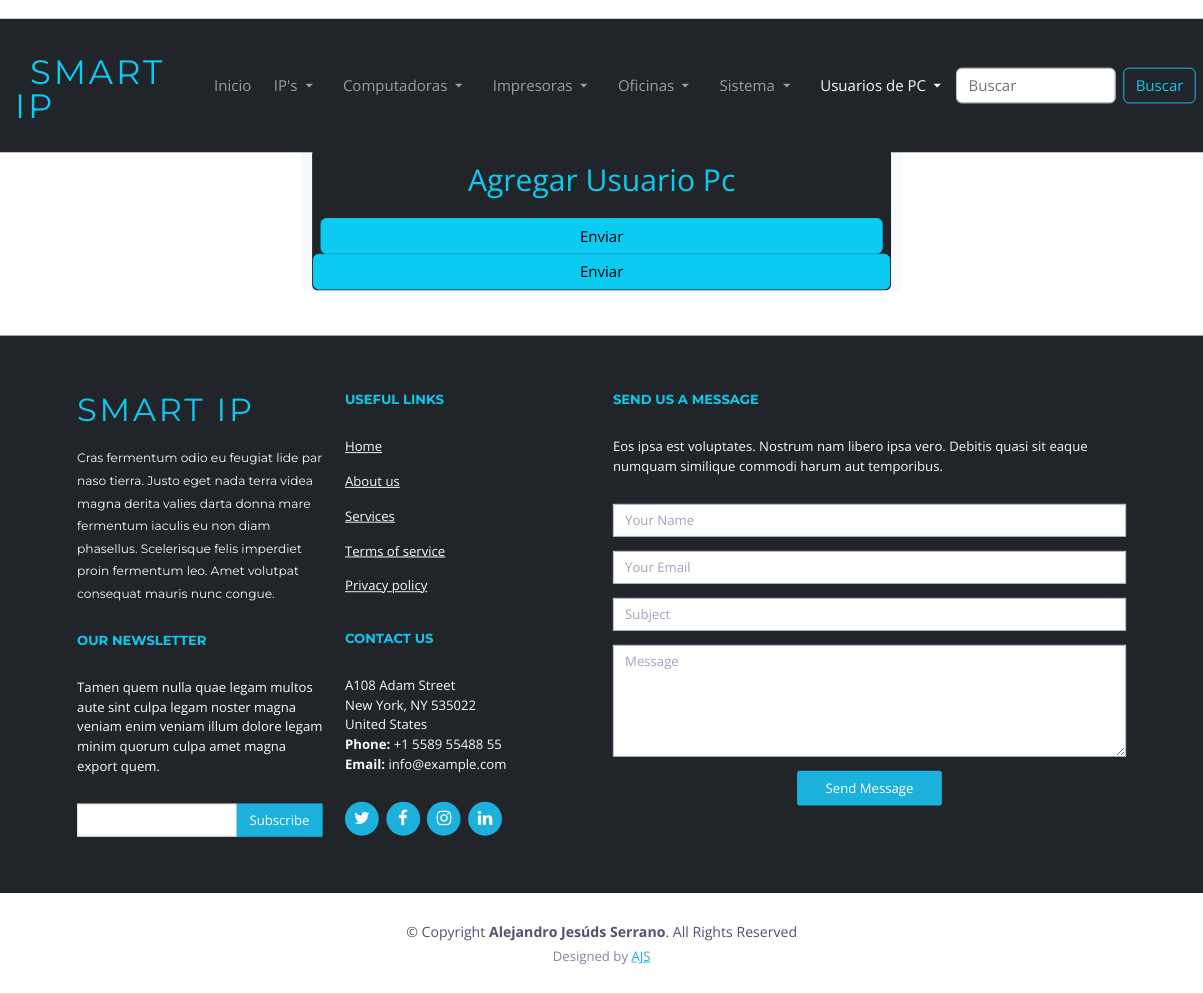
Repository: AlejandroJesusSerrano/SmartIPs
Page: smartip/smartipnav/templates/smartipnav/userspc_form.html
These files come from the project's save history. The page is drawn as it stood at one moment and after the next save; the edit follows.
The browser window is 1280 px wide. The pictures show the whole page, at 94% of full size.
The page is served by the project's application, run on Django 4.2 (smartip/manage.py). Other server files are loaded and not shown. The template is opened directly, without the code that normally fills it, so the values that code supplies are empty.

Above is the page before, as saved 2022-11-15 17:51:56.

### smartip/smartipnav/templates/smartipnav/userspc_form.html
{% extends 'smartipnav/base.html' %}

{% block userspcactive %}
    text-light
{% endblock %}

{% block content %}

<section>
    <div class="container col-lg-6 bg-light rounded">
        <div class="card mx-auto mt-5 bg-dark style="width: 20rem;">
            <div class="card-header bg-dark text-info mx-auto">
                <p class="fs-2 my-0">Agregar Usuario Pc</p>
            </div>
            <form id=printer_add_form action="" method="post" class="mt-2">
                {% csrf_token %}
                <div class="container bg-dark px-2">

                    {{ form.as_p }}
                    <button type="submit" class="btn btn-info row mx-auto w-100">Enviar</button>

                </div>
                <!-- <ul class="list-group list-group-flush">
                    <li class="list-group-item bg-dark">
                        <label class="form-control-label text-light" for="user_name">Nombre: </label>
                    <input class="form-control" type="text" name="user_name" id="user_name">
                    </li>
                    <li class="list-group-item bg-dark">
                        <label class="form-control-label text-light" for="user_lastname">Apellido: </label>
                        <input class="form-control" type="text" name="user_lastname" id="user_lastname">
                    </li>
                    <li class="list-group-item bg-dark">
                        <label class="form-control-label text-light" for="pc_username">Nombre de Usuario Pc: </label>
                        <input class="form-control" type="text" name="pc_username" id="pc_username">
                    </li>
                    <li class="list-group-item bg-dark">
                        <label class="form-control-label text-light" for="pc_name">Nombre Pc: </label>
                        <input class="form-control" type="password" name="pc_name" id="pc_name">
                    </li>  -->
                    <button type="submit" class="btn btn-info row mx-auto w-100">Enviar</button>
            </form>
        </div>
    </div>
</section>
{% endblock %}

### smartip/smartipnav/templates/smartipnav/base.html
<!DOCTYPE html>
<html lang="en">
<head>

  {% load static %}
  <meta charset="utf-8">
  <title>Smart IP</title>
  <meta content="width=device-width, initial-scale=1.0" name="viewport">
  <meta content="" name="keywords">
  <meta content="" name="description">

  <!-- Favicons -->
  <link href="{% static 'smartipnav/img/favicon.png' %}" rel="icon">
  <link href="{% static 'smartipnav/img/apple-touch-icon.png' %}" rel="apple-touch-icon">

  <!-- Google Fonts -->
  <link href="https://fonts.googleapis.com/css?family=Open+Sans:300,300i,400,400i,500,600,700,700i|Montserrat:300,400,500,600,700" rel="stylesheet">

  <!-- Bootstrap CSS File -->
  <link href="https://cdn.jsdelivr.net/npm/bootstrap@5.2.2/dist/css/bootstrap.min.css" rel="stylesheet" integrity="sha384-Zenh87qX5JnK2Jl0vWa8Ck2rdkQ2Bzep5IDxbcnCeuOxjzrPF/et3URy9Bv1WTRi" crossorigin="anonymous">

  <!-- Libraries CSS Files -->
  <link href="{% static 'smartipnav/lib/font-awesome/css/font-awesome.min.css' %}" rel="stylesheet">
  <link href="{% static 'smartipnav/lib/animate/animate.min.css' %}" rel="stylesheet">
  <link href="{% static 'smartipnav/lib/ionicons/css/ionicons.min.css' %}" rel="stylesheet">
  <link href="{% static 'smartipnav/lib/owlcarousel/assets/owl.carousel.min.css' %}" rel="stylesheet">
  <link href="{% static 'smartipnav/lib/lightbox/css/lightbox.min.css' %}" rel="stylesheet">

  <!-- Main Stylesheet File -->
  <link href="{% static 'smartipnav/css/style.css' %}" rel="stylesheet">

  <!-- =======================================================
    Theme Name: Rapid
    Theme URL: https://bootstrapmade.com/rapid-multipurpose-bootstrap-business-template/
    Author: BootstrapMade.com
    License: https://bootstrapmade.com/license/
  ======================================================= -->
</head>

<body>
  <!--==========================
  Header
  ============================-->
  <header id="header">
    <nav class="navbar navbar-expand-lg navbar-dark bg-dark mb-5">
      <a class="navbar-brand" href="index">
        <div class="logo mb-4">
          <!-- Uncomment below if you prefer to use an image logo -->
          <h1 class="text-bg-dark mx-auto"><a href="index"><span class= "text-info">Smart IP</span></a></h1>
          <!-- <a href="#header" class="scrollto"><img src="img/logo.png" alt="" class="img-fluid"></a> -->
        </div>
      </a>
      <button class="navbar-toggler" type="button" data-bs-toggle="collapse" data-bs-target="#navbarSupportedContent" aria-controls="navbarSupportedContent" aria-expanded="false" aria-label="Toggle navigation">
        <span class="navbar-toggler-icon"></span>
      </button>
      <div class="collapse navbar-collapse" id="navbarSupportedContent">
        <ul class="navbar-nav ms-auto mb-2 mb-lg-0">
          <li class="nav-item ">
            <a class="nav-link mt-2 {% block indexactive %} {% endblock %}" aria-current="page" href="{% url 'Inicio' %}">
              Inicio
            </a>
          </li>
          <li class="nav-link dropdown">
            <a class="nav-link {% block ipactive %} {% endblock %} dropdown-toggle" href="#" id="navbarDropdown" role="button" data-bs-toggle="dropdown" aria-expanded="false">
              IP's
            </a>
            <ul class="dropdown-menu" aria-labelledby="navbarDropdown">
              <li><a class="dropdown-item" href="{% url 'Ip' %}">Detalles IP</a></li>
              <li><a class="dropdown-item" href="{% url 'AddIp' %}">Registrar Nuevo IP</a></li>
              <li><a class="dropdown-item" href="{% url 'Ip' %}">Listar Direcciones IP</a></li>
            </ul>
          </li>
          <li class="nav-link dropdown">
            <a class="nav-link {% block computeractive %} {% endblock %} dropdown-toggle" href="#" id="navbarDropdown" role="button" data-bs-toggle="dropdown" aria-expanded="false">
              Computadoras
            </a>
            <ul class="dropdown-menu" aria-labelledby="navbarDropdown">
              <li><a class="dropdown-item" href="{% url 'Computers' %}">Detalle Computadora</a></li>
              <li><a class="dropdown-item" href="{% url 'AddComputer' %}">Registrar Nueva Computadora</a></li>
              <li><a class="dropdown-item" href="{% url 'ComputersList' %}">Listar Computadoras</a></li>
            </ul>
          </li>
          <li class="nav-link dropdown">
            <a class="nav-link dropdown-toggle {% block printeractive %} {% endblock %}" href="#" id="navbarDropdown" role="button" data-bs-toggle="dropdown" aria-expanded="false">
              Impresoras
            </a>
            <ul class="dropdown-menu" aria-labelledby="navbarDropdown">
              <li><a class="dropdown-item" href="{% url 'Printers' %}">Detalle Impresora</a></li>
              <li><a class="dropdown-item" href="{% url 'AddPrinter' %}">Registrar Nueva Impresora</a></li>
              <li><a class="dropdown-item" href="{% url 'PrintersList' %}">Listar Impresoras</a></li>
            </ul>
          </li>
          <li class="nav-link dropdown">
            <a class="nav-link {% block officeactive %} {% endblock %} dropdown-toggle" href="#" id="navbarDropdown" role="button" data-bs-toggle="dropdown" aria-expanded="false">
              Oficinas
            </a>
            <ul class="dropdown-menu" aria-labelledby="navbarDropdown">
              <li><a class="dropdown-item" href="{% url 'Offices' %}">Detalles Oficina</a></li>
              <li><a class="dropdown-item" href="{% url 'AddOffice' %}">Registrar Nueva Oficina</a></li>
              <li><a class="dropdown-item" href="{% url 'OfficesList' %}">Listar Oficinas</a></li>
            </ul>
          </li>
          <li class="nav-link dropdown">
            <a class="nav-link {% block usersactive %} {% endblock %} dropdown-toggle" href="#" id="navbarDropdown" role="button" data-bs-toggle="dropdown" aria-expanded="false">
              Sistema
            </a>
            <ul class="dropdown-menu" aria-labelledby="navbarDropdown">
              <li><a class="dropdown-item" href="{% url 'AddUser' %}">Registrar Nuevo Usuario</a></li>
              <li><a class="dropdown-item" href="{% url 'UsersList' %}">Usuarios Registrados</a></li>
            </ul>
          </li>
          <li class="nav-link dropdown">
            <a class="nav-link dropdown-toggle {% block userspcactive %} {% endblock %} " href="#" id="navbarDropdown" role="button" data-bs-toggle="dropdown" aria-expanded="false">
              Usuarios de PC
            </a>
            <ul class="dropdown-menu" aria-labelledby="navbarDropdown">
              <li><a class="dropdown-item" href="{% url 'UsersPc' %}">Detalles de Usuario PC</a></li>
              <li><a class="dropdown-item" href="{% url 'AddUserPc' %}">Agregar Usuario PC</a></li>
              <li><a class="dropdown-item" href="{% url 'UserspcList' %}">Listar Usuarios PC</a></li>
            </ul>
          </li>
        </ul>
        <form class="d-flex" role="search">
          <input class="form-control me-2" type="search" placeholder="Buscar" aria-label="Buscar">
          <button class="btn btn-outline-info me-2" type="submit">Buscar</button>
        </form>
      </div>
    </nav>
  </header><!-- #header -->


    {% block content %}

    {% endblock %}



  <!--==========================
    Footer
  ============================-->
  <footer id="footer" class="section-bg">
    <div class="mt-5 footer-top bg-dark">
      <div class="container bg-dark">

        <div class="row">

          <div class="col-lg-6">

            <div class="row">

                <div class="col-sm-6">

                  <div class="footer-info">
                    <h3 class="text-info">Smart Ip</h3>
                    <p class="text-light">Cras fermentum odio eu feugiat lide par naso tierra. Justo eget nada terra videa magna derita valies darta donna mare fermentum iaculis eu non diam phasellus. Scelerisque felis imperdiet proin fermentum leo. Amet volutpat consequat mauris nunc congue.</p>
                  </div>

                  <div class="footer-newsletter">
                    <h4 class="text-info">Our Newsletter</h4>
                    <p class="text-light">Tamen quem nulla quae legam multos aute sint culpa legam noster magna veniam enim veniam illum dolore legam minim quorum culpa amet magna export quem.</p>
                    <form action="" method="post">
                      <input type="email" name="email"><input type="submit"  value="Subscribe">
                    </form>
                  </div>

                </div>

                <div class="col-sm-6">
                  <div class="footer-links">
                    <h4 class="text-info">Useful Links</h4>
                    <ul>
                      <li><a class="text-light" href="#">Home</a></li>
                      <li><a class="text-light" href="#">About us</a></li>
                      <li><a class="text-light" href="#">Services</a></li>
                      <li><a class="text-light" href="#">Terms of service</a></li>
                      <li><a class="text-light" href="#">Privacy policy</a></li>
                    </ul>
                  </div>

                  <div class="footer-links">
                    <h4 class="text-info">Contact Us</h4>
                    <p class="text-light">
                      A108 Adam Street <br>
                      New York, NY 535022<br>
                      United States <br>
                      <strong>Phone:</strong> +1 5589 55488 55<br>
                      <strong>Email:</strong> info@example.com<br>
                    </p>
                  </div>

                  <div class="social-links">
                    <a href="#" class="twitter"><i class="fa fa-twitter"></i></a>
                    <a href="#" class="facebook"><i class="fa fa-facebook"></i></a>
                    <a href="#" class="instagram"><i class="fa fa-instagram"></i></a>
                    <a href="#" class="linkedin"><i class="fa fa-linkedin"></i></a>
                  </div>

                </div>

            </div>

          </div>

          <div class="col-lg-6">

            <div class="form">

              <h4 class="text-info">Send us a message</h4>
              <p class= "text-light">Eos ipsa est voluptates. Nostrum nam libero ipsa vero. Debitis quasi sit eaque numquam similique commodi harum aut temporibus.</p>
              <form action="" method="post" role="form" class="contactForm">
                <div class="form-group">
                  <input type="text" name="name" class="form-control" id="name" placeholder="Your Name" data-rule="minlen:4" data-msg="Please enter at least 4 chars" />
                  <div class="validation"></div>
                </div>
                <div class="form-group">
                  <input type="email" class="form-control" name="email" id="email" placeholder="Your Email" data-rule="email" data-msg="Please enter a valid email" />
                  <div class="validation"></div>
                </div>
                <div class="form-group">
                  <input type="text" class="form-control" name="subject" id="subject" placeholder="Subject" data-rule="minlen:4" data-msg="Please enter at least 8 chars of subject" />
                  <div class="validation"></div>
                </div>
                <div class="form-group">
                  <textarea class="form-control" name="message" rows="5" data-rule="required" data-msg="Please write something for us" placeholder="Message"></textarea>
                  <div class="validation"></div>
                </div>

                <div id="sendmessage">Your message has been sent. Thank you!</div>
                <div id="errormessage"></div>

                <div class="text-center"><button type="submit" title="Send Message">Send Message</button></div>
              </form>
            </div>

          </div>



        </div>

      </div>
    </div>

    <div class="container">
      <div class="copyright">
        &copy; Copyright <strong>Alejandro Jesúds Serrano</strong>. All Rights Reserved
      </div>
      <div class="credits">
        <!--
          All the links in the footer should remain intact.
          You can delete the links only if you purchased the pro version.
          Licensing information: https://bootstrapmade.com/license/
          Purchase the pro version with working PHP/AJAX contact form: https://bootstrapmade.com/buy/?theme=Rapid
        -->
        Designed by <a href="https://AJS.com/">AJS</a>
      </div>
    </div>
  </footer><!-- #footer -->

  <a href="#" class="back-to-top"><i class="fa fa-chevron-up"></i></a>
  <!-- Uncomment below i you want to use a preloader -->
  <!-- <div id="preloader"></div> -->

  <!-- JavaScript Libraries -->
  <script src="{% static 'smartipnav/lib/jquery/jquery.min.js' %}"></script>
  <script src="{% static 'smartipnav/lib/jquery/jquery-migrate.min.js' %}"></script>
  <script src="https://cdn.jsdelivr.net/npm/bootstrap@5.2.2/dist/js/bootstrap.bundle.min.js" integrity="sha384-OERcA2EqjJCMA+/3y+gxIOqMEjwtxJY7qPCqsdltbNJuaOe923+mo//f6V8Qbsw3" crossorigin="anonymous"></script>
  <script src="{% static 'smartipnav/lib/easing/easing.min.js' %}"></script>
  <script src="{% static 'smartipnav/lib/mobile-nav/mobile-nav.js' %}"></script>
  <script src="{% static 'smartipnav/lib/wow/wow.min.js' %}"></script>
  <script src="{% static 'smartipnav/lib/waypoints/waypoints.min.js' %}"></script>
  <script src="{% static 'smartipnav/lib/counterup/counterup.min.js' %}"></script>
  <script src="{% static 'smartipnav/lib/owlcarousel/owl.carousel.min.js' %}"></script>
  <script src="{% static 'smartipnav/lib/isotope/isotope.pkgd.min.js' %}"></script>
  <script src="{% static 'smartipnav/lib/lightbox/js/lightbox.min.js' %}"></script>
  <!-- Contact Form JavaScript File -->
  <script src="{% static 'smartipnav/contactform/contactform.js' %}"></script>

  <!-- Template Main Javascript File -->
  <script src="{% static 'smartipnav/js/main.js' %}"></script>

</body>
</html>

### smartip/smartip/urls.py
"""smartip URL Configuration

The `urlpatterns` list routes URLs to views. For more information please see:
    https://docs.djangoproject.com/en/4.1/topics/http/urls/
Examples:
Function views
    1. Add an import:  from my_app import views
    2. Add a URL to urlpatterns:  path('', views.home, name='home')
Class-based views
    1. Add an import:  from other_app.views import Home
    2. Add a URL to urlpatterns:  path('', Home.as_view(), name='home')
Including another URLconf
    1. Import the include() function: from django.urls import include, path
    2. Add a URL to urlpatterns:  path('blog/', include('blog.urls'))
"""
from django.contrib import admin
from django.urls import path

urlpatterns = [
    path('admin/', admin.site.urls),
]

Loaded but not shown: smartip/smartipnav/static/smartipnav/lib/font-awesome/css/font-awesome.min.css (library); smartip/smartipnav/static/smartipnav/lib/animate/animate.min.css (library); smartip/smartipnav/static/smartipnav/lib/ionicons/css/ionicons.min.css (library); smartip/smartipnav/static/smartipnav/lib/owlcarousel/assets/owl.carousel.min.css (library); smartip/smartipnav/static/smartipnav/lib/lightbox/css/lightbox.min.css (common file); smartip/smartipnav/static/smartipnav/lib/jquery/jquery.min.js (library); smartip/smartipnav/static/smartipnav/lib/jquery/jquery-migrate.min.js (library); smartip/smartipnav/static/smartipnav/lib/easing/easing.min.js (common file); smartip/smartipnav/static/smartipnav/lib/mobile-nav/mobile-nav.js (common file); smartip/smartipnav/static/smartipnav/lib/wow/wow.min.js (library); smartip/smartipnav/static/smartipnav/lib/waypoints/waypoints.min.js (library); smartip/smartipnav/static/smartipnav/lib/counterup/counterup.min.js (common file); smartip/smartipnav/static/smartipnav/lib/owlcarousel/owl.carousel.min.js (library); smartip/smartipnav/static/smartipnav/lib/isotope/isotope.pkgd.min.js (library); smartip/smartipnav/static/smartipnav/lib/lightbox/js/lightbox.min.js (library); smartip/smartipnav/static/smartipnav/js/main.js (131 lines, source omitted); smartip/smartipnav/static/smartipnav/contactform/contactform.js (118 lines, source omitted); smartip/smartipnav/static/smartipnav/css/style.css (1573 lines, source omitted)

After the next save:
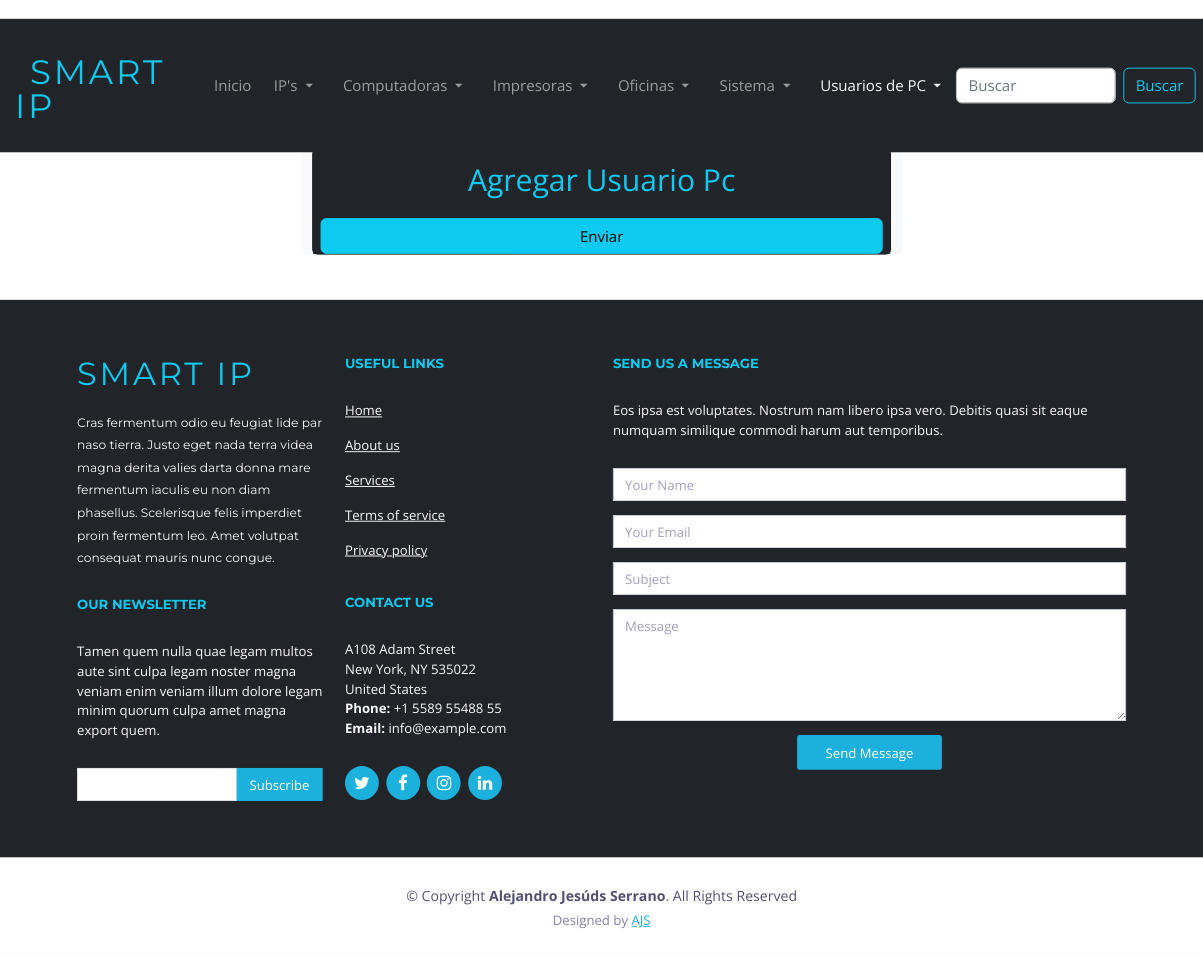
Saved 22 s later.
--- a/smartip/smartipnav/templates/smartipnav/userspc_form.html
+++ b/smartip/smartipnav/templates/smartipnav/userspc_form.html
@@ -20,24 +20,6 @@
                     <button type="submit" class="btn btn-info row mx-auto w-100">Enviar</button>
 
                 </div>
-                <!-- <ul class="list-group list-group-flush">
-                    <li class="list-group-item bg-dark">
-                        <label class="form-control-label text-light" for="user_name">Nombre: </label>
-                    <input class="form-control" type="text" name="user_name" id="user_name">
-                    </li>
-                    <li class="list-group-item bg-dark">
-                        <label class="form-control-label text-light" for="user_lastname">Apellido: </label>
-                        <input class="form-control" type="text" name="user_lastname" id="user_lastname">
-                    </li>
-                    <li class="list-group-item bg-dark">
-                        <label class="form-control-label text-light" for="pc_username">Nombre de Usuario Pc: </label>
-                        <input class="form-control" type="text" name="pc_username" id="pc_username">
-                    </li>
-                    <li class="list-group-item bg-dark">
-                        <label class="form-control-label text-light" for="pc_name">Nombre Pc: </label>
-                        <input class="form-control" type="password" name="pc_name" id="pc_name">
-                    </li>  -->
-                    <button type="submit" class="btn btn-info row mx-auto w-100">Enviar</button>
             </form>
         </div>
     </div>
